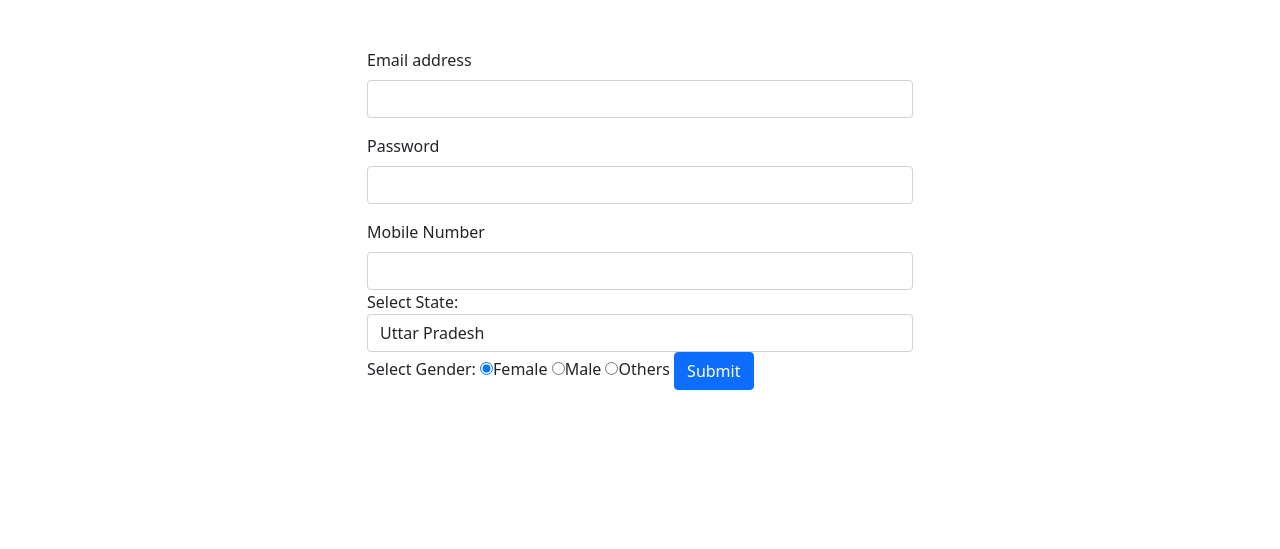
Repository: SimSri-ExtraMarks/FormHandling
Page: formHandling/form.html
The author's editor kept a copy of each file at every save. The page is drawn from the files as they stood at one save, then again after the next save.
The browser window is 1280 px wide. The pictures show the whole page.

Above is the page before, as saved 2021-06-26 12:39:50.

After the next save:
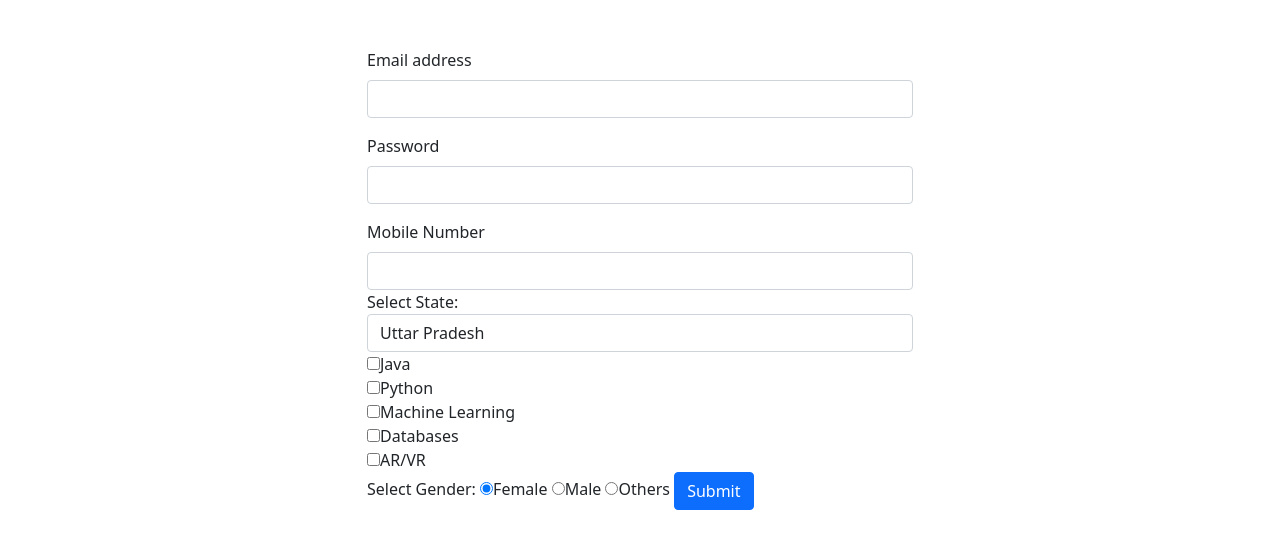
Saved 2 min 28 s later.
--- a/formHandling/form.html
+++ b/formHandling/form.html
@@ -40,16 +40,33 @@
 							</select>
 						</div>
 
+						<div class="checkbox">
+  <label><input type="checkbox" value="exampleInputSkills">Java</label>
+</div>
+<div class="checkbox">
+  <label><input type="checkbox" value="exampleInputSkills">Python</label>
+</div>
+<div class="checkbox disabled">
+  <label><input type="checkbox" value="exampleInputSkills">Machine Learning</label>
+
+  <div class="checkbox">
+  <label><input type="checkbox" value="exampleInputSkills">Databases</label>
+</div>
+<div class="checkbox disabled">
+  <label><input type="checkbox" value="exampleInputSkills">AR/VR</label>
+</div>
+
 						<!-- <div id="emailHelp" class="form-text">We'll never share your
 							email with anyone else.</div> -->
-							<label for="exampleInputGender">Select Gender:
+						<label for="exampleInputGender">Select Gender:</label> <label
+							class="radio-inline"><input type="radio"
+							name="exampleInputGender" checked>Female</label> <label
+							class="radio-inline"><input type="radio"
+							name="exampleInputGender">Male</label> <label
+							class="radio-inline"><input type="radio"
+							name="exampleInputGender">Others</label>
 
 
-						<label class="radio-inline"><input type="radio" name="exampleInputGender" checked>Female</label>
-<label class="radio-inline"><input type="radio" name="exampleInputGender">Male</label>
-<label class="radio-inline"><input type="radio" name="exampleInputGender">Others</label>
-
- </label>
 						<button type="submit" class="btn btn-primary">Submit</button>
 				</form>
 
